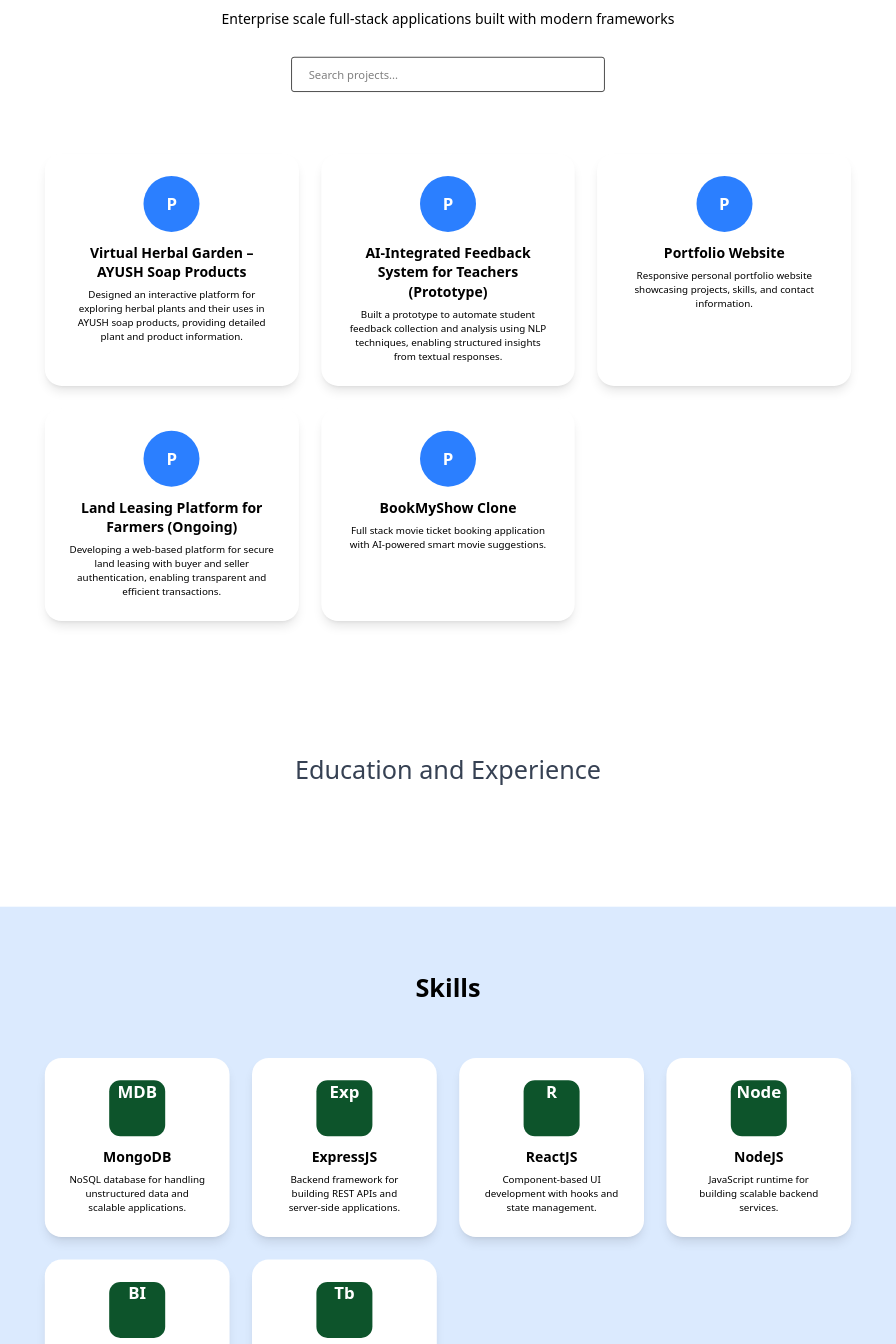
Repository: Rhaashee/myProfile
Page: index.html
These files come from the project's save history. The page is drawn as it stood at one moment and after a run of saves; the edit follows.
The browser window is 1280 px wide. The pictures show the part of the page from y = 955 to 2875 px (the page is 3107 px tall before and 3071 px after), at 70% of full size.

Above is the page before, as saved 2026-04-27 16:55:32.
Console error: SyntaxError: Identifier 'projectsData' has already been declared

### index.html
<!-- MERN_Stu_FebMay26Mys\W4\D5\portfolio-project\index.html -->
<!DOCTYPE html>
<html lang="en">

<head>
    <meta charset="UTF-8">
    <meta name="viewport" content="width=device-width, initial-scale=1.0">

    <title>Week 3 & 4 Portfolio Project</title>

    <script src="https://cdn.jsdelivr.net/npm/@tailwindcss/browser@4"></script>

    <link rel="stylesheet" href="css/custom.css">

</head>

<body>
    <!-- HERO SECTION -->

    <section
        class="min-h-screen flex flex-col lg:flex-row lg:items-center lg:justify-between px-8 lg:px-16 py-20 gap-12 lg:gap-20">

        <div class="order-2 lg:order-1 flex-1 lg:max-w-lg text-center lg:text-left">

            <h1 class="text-5xl mb-6">Rhaashee L</h1>

            <p class="text-xl lg:text-2xl text-slate-600 font-bold mb-10 max-w-md mx-auto lg:mx-0">
                Full-Stack developer | MERN enthusiast | Competitive Programmer
            </p>

            <div
                class="flex flex-col sm:flex-row gap-4 justify-center lg:justify-start items-center lg:items-start mb-8">

                <a href="#projects" class="bg-red-400 hover:bg-green-500 px-10 py-4 rounded shadow-xl">
                    View Projects
                </a>

                <a href="#resume" class="bg-blue-400 hover:bg-green-500 px-10 py-4 rounded shadow-xl">
                    Download Resume
                </a>

            </div>

            <div class="flex flex-wrap gap-6 justify-center lg:justify-start text-sm font-bold">

                <span>100+ Github commits</span>
                <span>50 LeetCode Questions Solved</span>
                <span>1 live projects completed</span>

            </div>

        </div>

        <div class="order-1 lg:order-2 w-full lg:w-96 max-w-sm mx-auto lg:mx-0">

            <img src="assets/images/img.jpg" alt="My photo"
                class="aspect-square w-full rounded shadow-lg mx-auto lg:mx-0 hover:ring-blue-500 transition-all duration-300 hover:scale-[1.02]"
                loading="lazy">

        </div>

    </section>

    <!-- NAVBAR -->

    <nav class="sticky top-0 z-50 bg-white/95 backdrop-blur-md border-b shadow-lg">

        <div class="max-w-7xl mx-auto px-6 py-4 flex items-center justify-between">

            <a href="#"
                class="text-2xl font-bold bg-clip-text bg-gradient-to-r from-red-400 to-slate-700 text-transparent">
                RKR
            </a>

            <ul class="hidden md:flex items-center gap-10">

                <li><a href="#projects" class="text-lg font-bold hover:text-blue-600">Projects</a></li>

                <li><a href="#experience" class="text-lg font-bold hover:text-blue-600">Experience</a></li>

                <li><a href="#skills" class="text-lg font-bold hover:text-blue-600">Skills</a></li>

            </ul>
            <button id="theme-toggle" class="bg-blue-200 px-4 py-2 rounded font-bold">Theme</button>
            <a href="#contact" class="bg-red-400 hover:bg-green-500 rounded transition-all duration-300 px-8 py-3">
                Let's talk
            </a>

        </div>

    </nav>

    <!-- PROJECTS -->

    <section id="projects" class="py-24 px-8 lg:px-16">

        <div class="max-w-7xl mx-auto">

            <div class="text-center mb-10">

                <h2 class="text-4xl lg:text-5xl mb-6">My Projects</h2>

                <p class="text-xl max-w-2xl mx-auto">
                    Enterprise scale full-stack applications built with modern frameworks
                </p>

            </div>

            <!-- Project Search (Feature will attach here) -->

            <div class="mb-10 text-center">

                <input id="project-search" type="text" placeholder="Search projects..."
                    class="border rounded px-6 py-3 w-full max-w-md">

            </div>

            <!-- Project Filter Bar -->

            <div id="project-filters" class="flex flex-wrap justify-center gap-4 mb-12">
            </div>

            <!-- Dynamic container for projects -->

            <div id="projects-container" class="grid grid-cols-1 md:grid-cols-2 lg:grid-cols-3 gap-8">
            </div>

        </div>

    </section>

    <!-- EXPERIENCE -->

    <section id="experience" class="py-24 px-8 lg:px-16">

        <div class="max-w-4xl mx-auto">

            <h2 class="text-4xl text-gray-700 text-center mb-20">
                Education and Experience
            </h2>

            <!-- existing experience cards remain unchanged -->

        </div>

    </section>

    <!-- SKILLS -->

    <section id="skills" class="py-24 px-8 lg:px-16 bg-blue-100">

        <div class="max-w-7xl mx-auto">

            <h2 class="text-4xl text-center font-bold mb-20">
                Skills
            </h2>

            <!-- Dynamic Skills Container -->

            <div id="skills-container" class="grid grid-cols-1 md:grid-cols-2 lg:grid-cols-4 gap-8">
            </div>

        </div>

    </section>

    <!-- CONTACT MODAL -->

    <button id="modal-trigger"
        class="fixed bottom-8 right-8 w-16 h-16 bg-blue-900 text-white rounded-full shadow-2xl flex items-center justify-center text-2xl font-bold">
        ☏
    </button>

    <div id="contact-modal" class="fixed inset-0 z-50 hidden bg-black/50 backdrop-blur-md">

        <div class="flex items-center justify-center min-h-screen p-4">

            <div id="modal-content"
                class="bg-white w-full max-w-md rounded-2xl shadow-2xl scale-95 opacity-0 transition-all duration-300">

                <div class="sticky top-0 border-b p-8 pt-12 bg-white">

                    <h3 class="text-2xl font-bold">Contact Me</h3>

                    <button id="modal-close" class="absolute top-6 right-6 text-2xl font-bold">
                        ×
                    </button>

                </div>

                <form id="contact-form" class="p-8 space-y-4">

                    <input id="contact-name" type="text" placeholder="Your name"
                        class="w-full border rounded px-4 py-3">

                    <input id="contact-email" type="email" placeholder="email@website.com"
                        class="w-full border rounded px-4 py-3">

                    <p id="form-message" class="text-sm text-red-500"></p>

                    <div class="flex flex-col sm:flex-row gap-4 pt-4">

                        <button type="button" id="form-cancel" class="flex-1 font-bold py-4 px-6">
                            Cancel
                        </button>

                        <button type="submit" class="flex-1 font-bold py-4 px-6">
                            Submit
                        </button>

                    </div>

                </form>

            </div>

        </div>

    </div>
    <!-- SWIPE TO HOME BUTTON -->

    <button id="home-swiper"
        class="fixed bottom-8 left-8 bg-pink-200 text-white px-5 py-3 rounded-full shadow-xl hover:bg-blue-600 transition">
        Back to Home
    </button>
    <!-- MAIN JS ENTRY-->

    <script src="js/data/projects.js"></script>
    <script src="js/data/skills.js"></script>
    <script src="js/features/skills-render.js"></script>
    <script src="js/features/modal.js"></script>
    <script src="js/features/contact-validation.js"></script>
    <script src="js/features/theme-toggle.js"></script>
    <script src="js/data/projects.js"></script>
    <script src="js/features/project-filter.js"></script>
    <script src="js/features/project-search.js"></script>
    <script src="js/main.js"></script>
    <script src="js/features/BackToTop.js"></script>



</body>

</html>

### css/custom.css
.dark-mode{
    background-color: black;
    color: white;
}
.dark-mode nav{
    background-color: rgb(178, 173, 173);
    color: white;
}
.dark-mode section{
    background-color: rgb(0, 0, 0);
    color: white;
}
.dark-mode .bg-blue-100{
    background-color: rgb(235, 236, 240);
    color: rgb(153, 145, 145);
}
.dark-mode .bg-white{
    background-color: rgb(0, 0, 0);
}
.dark-mode .text-gray-700{
    color: white;
}

### js/data/projects.js
const projectsData = [
  {
    id: 1,
    name: "Virtual Herbal Garden – AYUSH Soap Products",
    category: "Web Development",
    description:
      "Designed an interactive platform for exploring herbal plants and their uses in AYUSH soap products, providing detailed plant and product information.",
    technologies: ["Python", "HTML", "CSS"],
    status: "Completed",
    liveDemo: "#",
    github: "#"
  },
  {
    id: 2,
    name: "AI-Integrated Feedback System for Teachers (Prototype)",
    category: "AI / NLP",
    description:
      "Built a prototype to automate student feedback collection and analysis using NLP techniques, enabling structured insights from textual responses.",
    technologies: ["Python", "Flask", "NLP"],
    status: "Prototype",
    liveDemo: "#",
    github: "#"
  },
  {
    id: 3,
    name: "Portfolio Website",
    category: "Frontend",
    description:
      "Responsive personal portfolio website showcasing projects, skills, and contact information.",
    technologies: ["HTML", "Tailwind CSS", "JavaScript"],
    status: "Live",
    liveDemo: "#",
    github: "#"
  },{

    id: 5,
    name: "Land Leasing Platform for Farmers (Ongoing)",
    category: "Web Development",
    description:
      "Developing a web-based platform for secure land leasing with buyer and seller authentication, enabling transparent and efficient transactions.",
    technologies: ["HTML", "CSS", "JavaScript", "MySQL"],
    status: "Ongoing",
    liveDemo: "#",
    github: "#"
  },
  {
    id: 6,
    name: "BookMyShow Clone",
    category: "MERN",
    description:
      "Full stack movie ticket booking application with AI-powered smart movie suggestions.",
    technologies: ["ReactJS", "ExpressJS", "MongoDB", "NodeJS"],
    status: "Demo",
    liveDemo: "#",
    github: "#"
  }

];

### js/data/skills.js

const skillsData = [
  {
    id: 1,
    name: "MongoDB",
    shortLabel: "MDB",
    description: "NoSQL database for handling unstructured data and scalable applications."
  },
  {
    id: 2,
    name: "ExpressJS",
    shortLabel: "Exp",
    description: "Backend framework for building REST APIs and server-side applications."
  },
  {
    id: 3,
    name: "ReactJS",
    shortLabel: "R",
    description: "Component-based UI development with hooks and state management."
  },
  {
    id: 4,
    name: "NodeJS",
    shortLabel: "Node",
    description: "JavaScript runtime for building scalable backend services."
  },
  {
    id: 5,
    name: "Power BI",
    shortLabel: "BI",
    description: "Interactive dashboards and data visualization for business insights."
  },
  {
    id: 6,
    name: "Tableau",
    shortLabel: "Tb",
    description: "Data visualization and storytelling through charts and dashboards."
  },

];

### js/features/skills-render.js
function renderSkills(){
    const skillsContainer = document.getElementById("skills-container");

    if(!skillsContainer){
        console.log("Skills Contianer not found");
        return;
    }
    skillsContainer.innerHTML = "";
    skillsData.forEach(function(skill){
        // to create outer card
        const card = document.createElement("div");
        card.className = "p-8 text-center bg-white rounded-3xl shadow-lg";

        // create icon
        const iconBox = document.createElement("div");
        iconBox.className = "w-20 h-20 mx-auto mb-4 bg-green-900 rounded-2xl flex item-center justify-center";

        // create icon
        const iconText = document.createElement("span");
        iconText.className = "text-2xl text-white font-bold"
        iconText.textContent = skill.shortLabel;

        // Put iconText inside iconBox
        iconBox.appendChild(iconText);

        // create a skill name
        const skillsName = document.createElement("h3");
        skillsName.className = "text-xl font-bold mb-2";
        skillsName.textContent = skill.name;

        // create skill description
        const skillDescription = document.createElement("p");
        skillDescription.className = "text-sm";
        skillDescription.textContent = skill.description;

        // append all child elements to card
        card.appendChild(iconBox);
        card.appendChild(skillsName);
        card.appendChild(skillDescription);

        // append card to skills container
        skillsContainer.appendChild(card);
    });
    console.log("Skills rendered successfully");
}

### js/features/modal.js
function initModal(){
    const modal = document.getElementById("contact-modal");
    const modalContent = document.getElementById("modal-content");
    const modalTrigger = document.getElementById("modal-trigger");
    const modalClose = document.getElementById("modal-close");
    const formCancel = document.getElementById("form-cancel");

    if(!modal || !modalContent || !modalTrigger || !modalClose || !formCancel){
        console.log("Modal element not found");
        return;
    }
    function openModal(){
        modal.classList.remove("hidden");

        setTimeout(function(){
            modalContent.classList.remove("scale-95","opacity-0");
        },10);
    }
    function closeModal(){
        modalContent.classList.add("scale-95","opacity-0");
        setTimeout(function(){
            modal.classList.add("hidden");
        },200);
    }
    modalTrigger.addEventListener("click",openModal);
    modalClose.addEventListener("click",closeModal);
    formCancel.addEventListener("click",closeModal);

    //close when clicking on backdrop
    modal.addEventListener("click",function(event){
        if(event.target === modal){
            closeModal();
        }
    });
    console.log("Modal opened successfully");
}

### js/features/theme-toggle.js
function initThemeToggle(){
    const toggleBtn = document.getElementById("theme-toggle");
    const body = document.body;

    const savedTheme = localStorage.getItem("portfolio-theme");

    if(savedTheme === "dark"){
        body.classList.add("dark-mode");
    }
    toggleBtn.addEventListener("click",function(){
        body.classList.toggle("dark-mode");
        if(body.classList.contains("dark-mode")){
            localStorage.setItem("portfolio-theme","dark");
            console.log("Dark mode enanbled");
        }else{
            localStorage.setItem("portfolio-theme","light");
            console.log("Light mode enanbled");
        }
    });
}

### js/features/project-filter.js
function filterProject(projects) {
    const projectsContainer = document.getElementById("projects-container");

    if (!projectsContainer) {
        console.log("Project container not found");
        return;
    }

    projectsContainer.innerHTML = "";

    projects.forEach(function (project) {

        const card = document.createElement("div");
        card.className = "p-8 text-center bg-white rounded-3xl shadow-lg";

        const iconBox = document.createElement("div");
        iconBox.className = "w-20 h-20 mx-auto mb-4 flex items-center justify-center bg-blue-500 rounded-full";

        const iconText = document.createElement("span");
        iconText.className = "text-2xl text-white font-bold";
        iconText.textContent = project.shortLabel || "P";

        iconBox.appendChild(iconText);

        const projectName = document.createElement("h2");
        projectName.className = "text-xl font-bold mb-2";
        projectName.textContent = project.name;

        const projectDescription = document.createElement("p");
        projectDescription.className = "text-sm";
        projectDescription.textContent = project.description;

        card.appendChild(iconBox);
        card.appendChild(projectName);
        card.appendChild(projectDescription);

        projectsContainer.appendChild(card);
    });
}

### js/features/project-search.js
// render all projects initially
document.addEventListener("DOMContentLoaded", function () {
    filterProject(projectsData);
});

document.addEventListener("DOMContentLoaded", function () {

    const searchInput = document.getElementById("project-search");

    // show all projects initially
    filterProject(projectsData);

    if (searchInput) {
        searchInput.addEventListener("input", function () {

            const searchTerm = searchInput.value.toLowerCase();

            const filteredProjects = projectsData.filter(function (project) {
                return (
                    project.name.toLowerCase().includes(searchTerm) ||
                    project.description.toLowerCase().includes(searchTerm) ||
                    (project.technologies &&
                        project.technologies.join(" ").toLowerCase().includes(searchTerm)) ||
                    (project.category &&
                        project.category.toLowerCase().includes(searchTerm))
                );
            });

            filterProject(filteredProjects);
        });
    }

});

### js/main.js
document.addEventListener("DOMContentLoaded", function(){
    // Render Skills
    renderSkills();
    initModal();
    initContactValidation();
    initThemeToggle();
    SearchProjects();
})

### js/features/BackToTop.js
const swiperButton = document.getElementById("home-swiper");

// safety check (important)
if (swiperButton) {

    // hide initially
    swiperButton.style.display = "none";

    // scroll to top
    swiperButton.addEventListener("click", function () {
        window.scrollTo({
            top: 0,
            behavior: "smooth"
        });
    });

    // show on scroll
    window.addEventListener("scroll", function () {
        if (window.scrollY > 300) {
            swiperButton.style.display = "block";
        } else {
            swiperButton.style.display = "none";
        }
    });

}

Loaded but not shown: js/features/contact-validation.js (62 lines, source omitted)

After the next 5 saves:
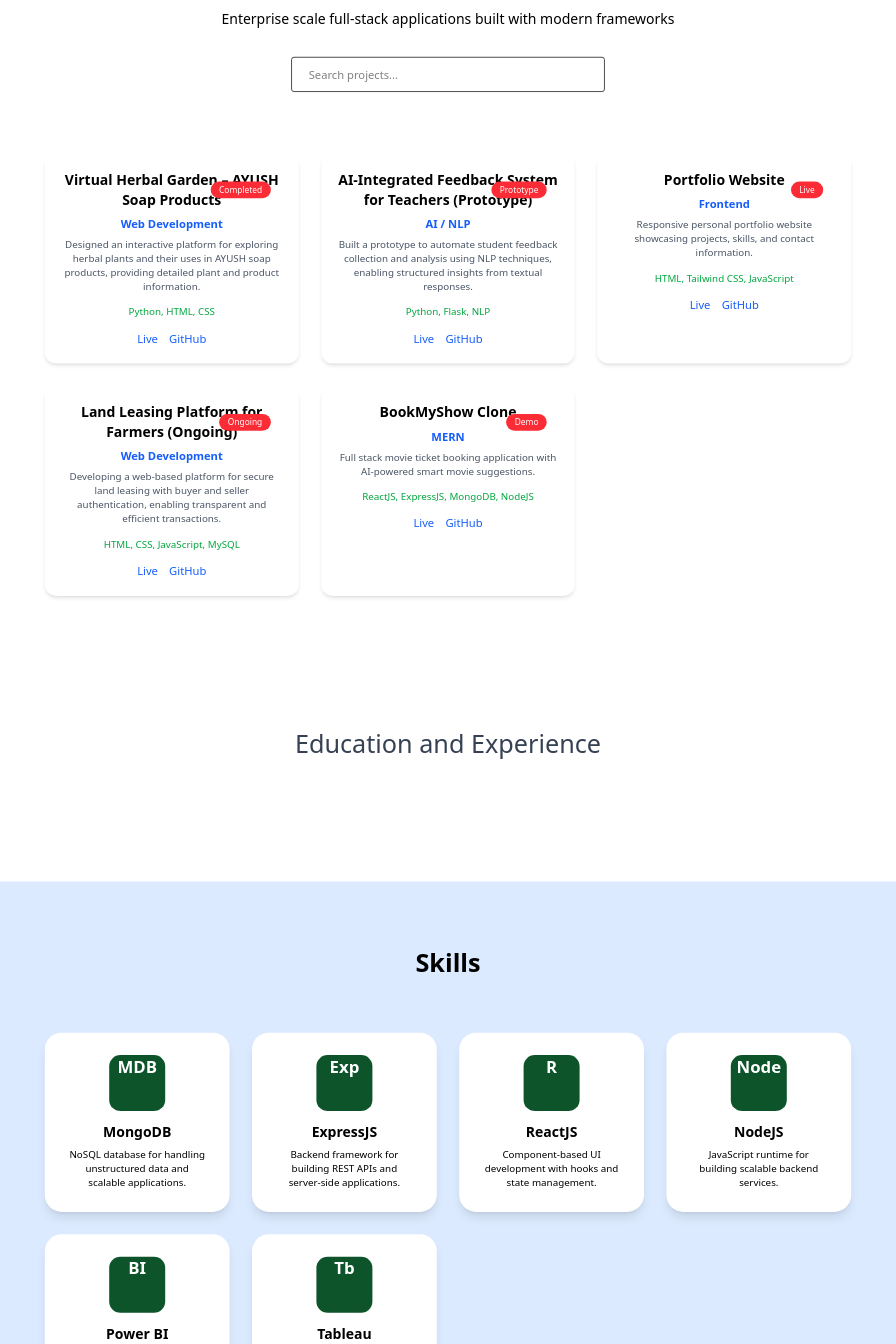
The 5 saves are shown as one change because they came seconds apart.
The last was saved 2 min 31 s later.
--- a/js/features/project-filter.js
+++ b/js/features/project-filter.js
@@ -1,39 +1,72 @@
 function filterProject(projects) {
-    const projectsContainer = document.getElementById("projects-container");
+    const container = document.getElementById("projects-container");
 
-    if (!projectsContainer) {
-        console.log("Project container not found");
-        return;
-    }
+    if (!container) return;
 
-    projectsContainer.innerHTML = "";
+    container.innerHTML = "";
 
-    projects.forEach(function (project) {
+    projects.forEach((project) => {
 
         const card = document.createElement("div");
-        card.className = "p-8 text-center bg-white rounded-3xl shadow-lg";
+        card.className =
+            "bg-white rounded-2xl shadow-md p-6 text-center hover:shadow-xl transition duration-300";
 
-        const iconBox = document.createElement("div");
-        iconBox.className = "w-20 h-20 mx-auto mb-4 flex items-center justify-center bg-blue-500 rounded-full";
+        // Status badge (Live / Demo)
+        const badge = document.createElement("span");
+        badge.className =
+            "absolute top-4 right-4 bg-red-500 text-white text-xs px-3 py-1 rounded-full";
+        badge.textContent = project.status || "Live";
 
-        const iconText = document.createElement("span");
-        iconText.className = "text-2xl text-white font-bold";
-        iconText.textContent = project.shortLabel || "P";
+        // Wrapper (for badge positioning)
+        const wrapper = document.createElement("div");
+        wrapper.className = "relative";
 
-        iconBox.appendChild(iconText);
+        // Project Name
+        const title = document.createElement("h2");
+        title.className = "text-xl font-bold mb-2";
+        title.textContent = project.name;
 
-        const projectName = document.createElement("h2");
-        projectName.className = "text-xl font-bold mb-2";
-        projectName.textContent = project.name;
+        // Category (MERN / Frontend)
+        const category = document.createElement("p");
+        category.className = "text-blue-600 font-semibold mb-2";
+        category.textContent = project.category;
 
-        const projectDescription = document.createElement("p");
-        projectDescription.className = "text-sm";
-        projectDescription.textContent = project.description;
+        // 📄 Description
+        const desc = document.createElement("p");
+        desc.className = "text-gray-600 text-sm mb-4";
+        desc.textContent = project.description;
 
-        card.appendChild(iconBox);
-        card.appendChild(projectName);
-        card.appendChild(projectDescription);
+        // ⚙️ Tech stack
+        const tech = document.createElement("p");
+        tech.className = "text-green-600 text-sm mb-4";
+        tech.textContent = project.technologies.join(", ");
 
-        projectsContainer.appendChild(card);
+        // 🔗 Links container
+        const links = document.createElement("div");
+        links.className = "flex justify-center gap-4";
+
+        const liveLink = document.createElement("a");
+        liveLink.href = project.liveDemo || "#";
+        liveLink.textContent = "Live";
+        liveLink.className = "text-blue-600 hover:underline";
+
+        const githubLink = document.createElement("a");
+        githubLink.href = project.github || "#";
+        githubLink.textContent = "GitHub";
+        githubLink.className = "text-blue-600 hover:underline";
+
+        links.appendChild(liveLink);
+        links.appendChild(githubLink);
+
+        // append all
+        wrapper.appendChild(badge);
+        wrapper.appendChild(title);
+        wrapper.appendChild(category);
+        wrapper.appendChild(desc);
+        wrapper.appendChild(tech);
+        wrapper.appendChild(links);
+
+        card.appendChild(wrapper);
+        container.appendChild(card);
     });
 }
